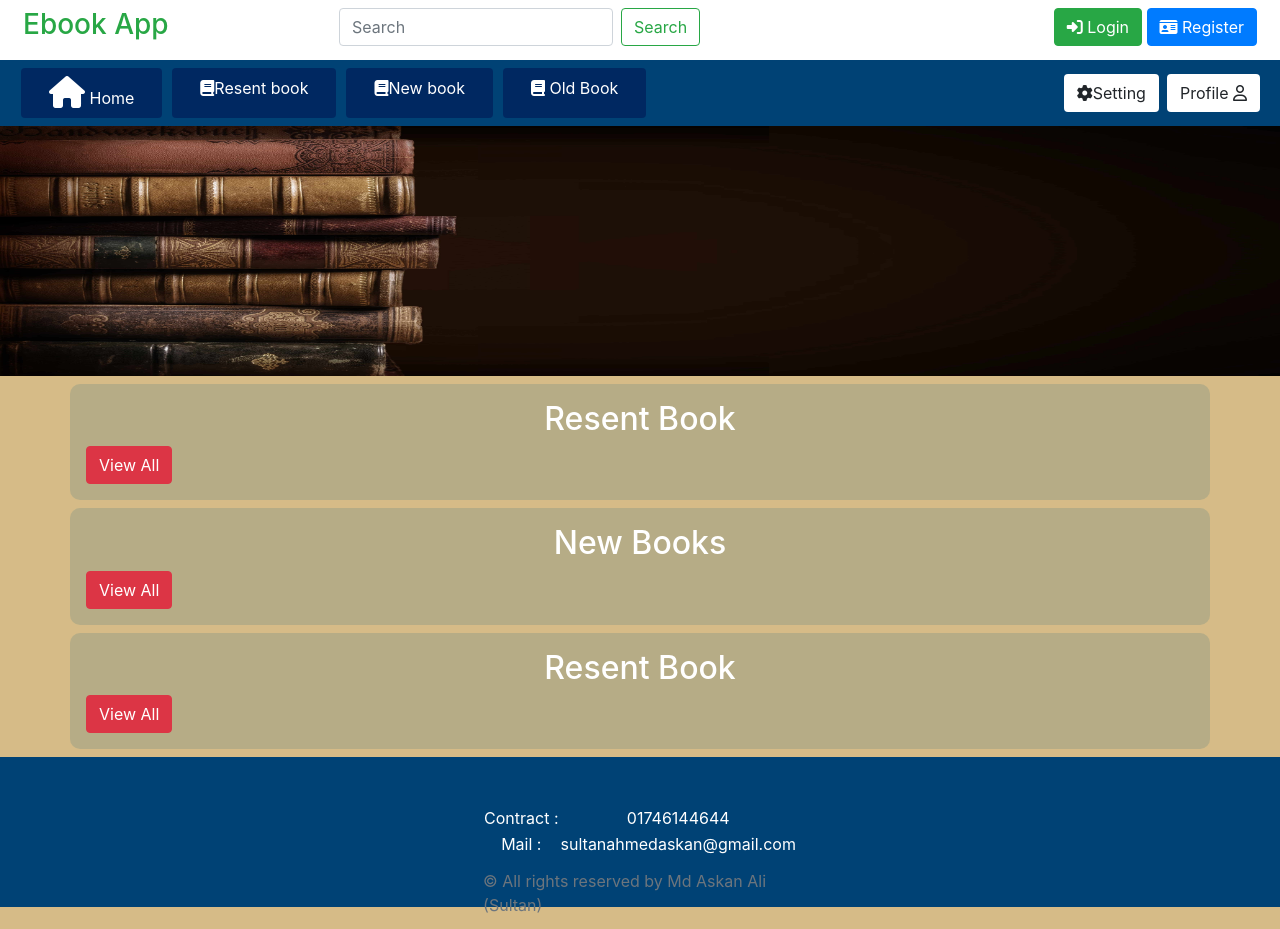
Repository: sultanaskan/EbookApp
Page: http://localhost/ebook/
These files come from the project's save history. The page is drawn as it stood at one moment and after the next save; the edit follows.
The browser window is 1280 px wide. The pictures show the whole page.
The page is served by Tomcat 9. Queries for data that is not in the repository find no rows.

Above is the page before, as saved 2024-05-06 07:26:55.

After the next save:
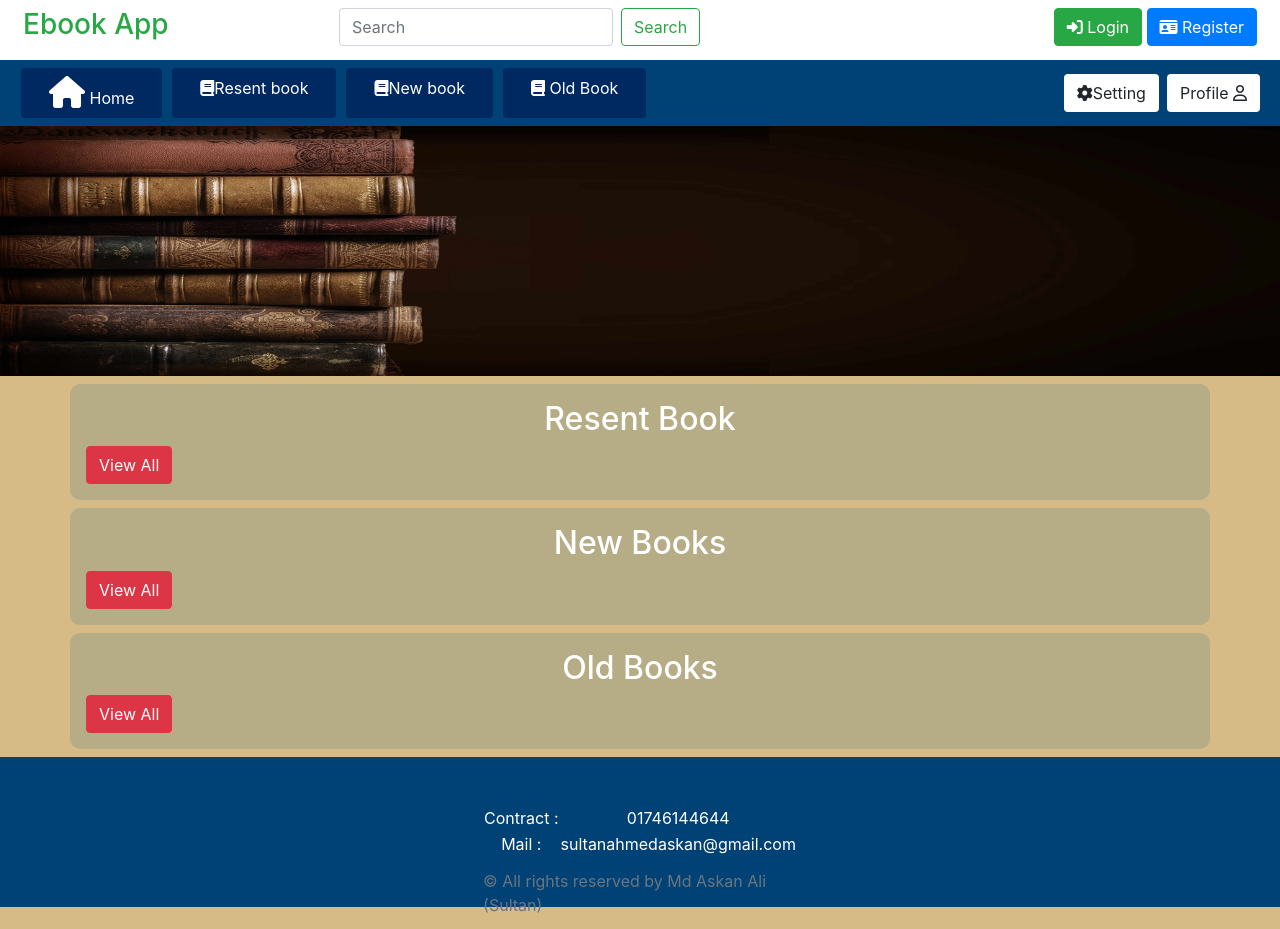
Saved 18 s later.
--- a/ebook/src/main/webapp/index.jsp
+++ b/ebook/src/main/webapp/index.jsp
@@ -190,13 +190,13 @@ if(dbconn != null){
 
 	<!-- Old Book -->
 	<div class="container my-2 p-3 resentbook">
-		<h2 class="text-white text-center">Resent Book</h2>
+		<h2 class="text-white text-center">Old Books</h2>
 		<div class="row justify-content-center text-center">
 
 
 
 			<%
-			for (Book b : res) {
+			for (Book b : old) {
 			%>
 			<div class="col-lg-3 col-md-4 col-sm-6 my-2">
 				<div class="card">
